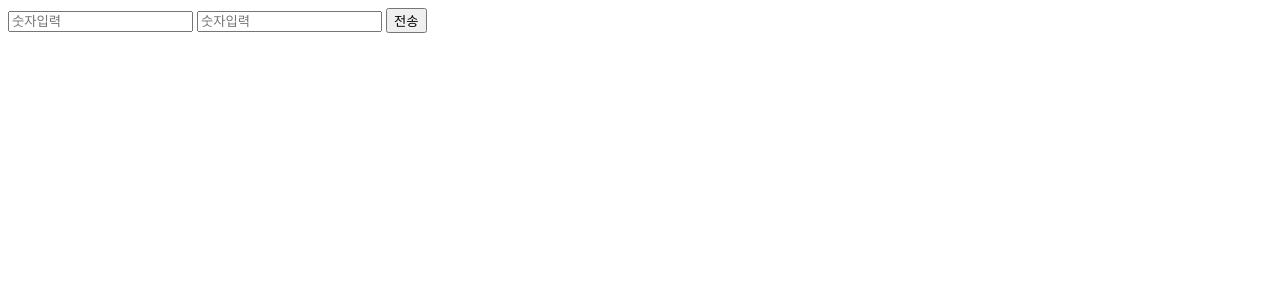
Repository: kimgame102/JSP
Page: http://localhost/my_task/
An editor plug-in stored every save of this project. The page is shown before and after the next save, followed by the edit.
The browser window is 1280 px wide. The pictures show the whole page.
The page is served by Tomcat 9.

Above is the page before, as saved 2024-09-08 03:29:08.

After the next save:
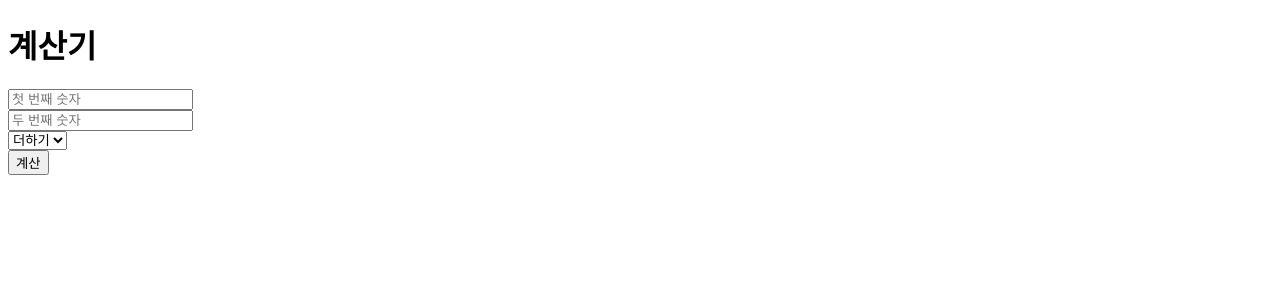
Console error: TypeError: Cannot read properties of null (reading 'addEventListener')
Saved 41 s later.
--- a/my_task/src/main/webapp/index.jsp
+++ b/my_task/src/main/webapp/index.jsp
@@ -7,10 +7,17 @@
 <title>Home</title>
 </head>
 <body>
-	<form action="num" method="get" id="myForm">
-		<input type="text" name="num1" placeholder="숫자입력">
-		<input type="text" name="num2" placeholder="숫자입력">
-		<input type="button" id="btn" value="전송">
+	<h1>계산기</h1>
+	<form action="calculate" method="get" id="myForm">
+		<input type="text" name="num1" placeholder="첫 번째 숫자"><br>
+		<input type="text" name="num2" placeholder="두 번째 숫자"><br>
+		<select name="operation">
+			<option value="add">더하기</option>
+			<option value="subtract">빼기</option>
+			<option value="multiply">곱하기</option>
+			<option value="divide">나누기</option>
+		</select><br>
+		<input type="submit" value="계산">
 	</form>
 </body>
 <script>
